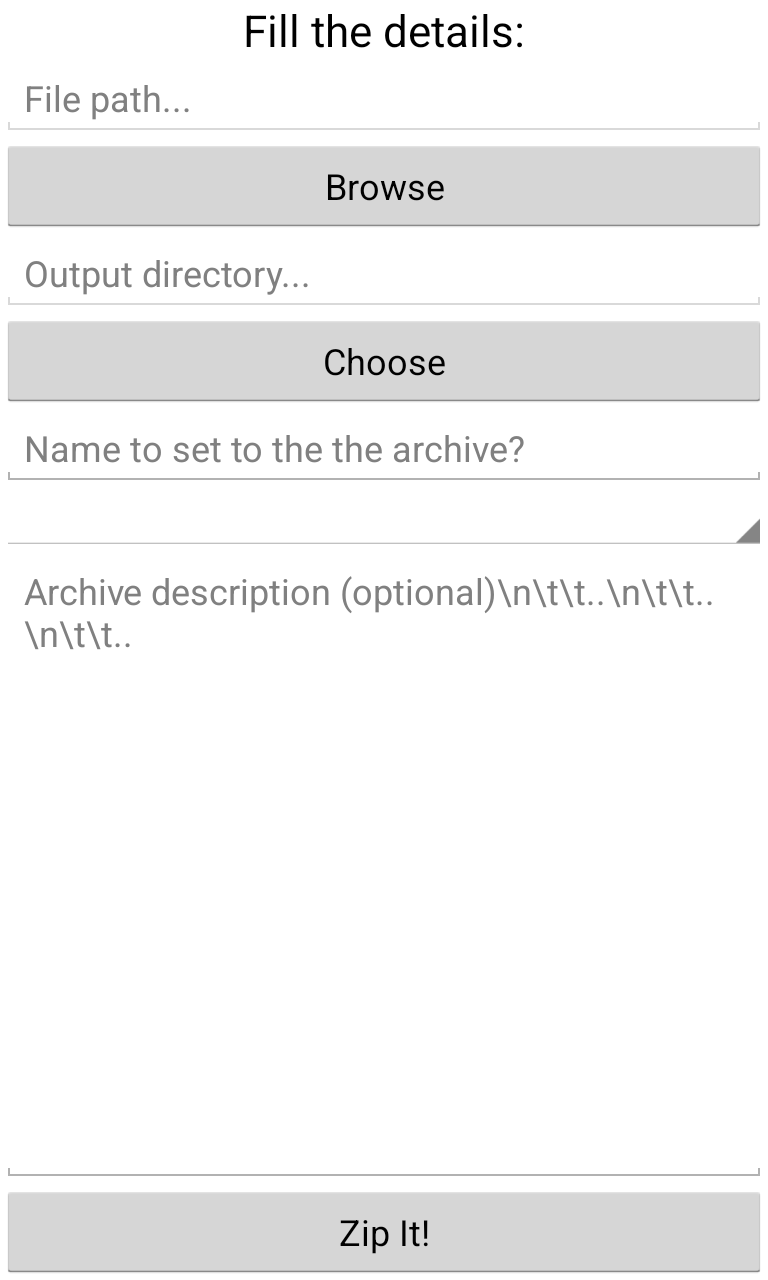
Repository: ya-ivanov/Android-Projects
Layout: Android Projects (OLD)/Zip It!/ZipIt/res/layout/activity_main.xml
The author's editor kept a copy of each file at every save. The layout is drawn from the files as they stood at one save, then again after the next save.
It is drawn on a 768 x 1280 px phone screen (xhdpi) without system bars, with theme AppTheme; the app's code is not run.

Above is the layout before, as saved 2013-12-12 18:35:32.

After the next save:
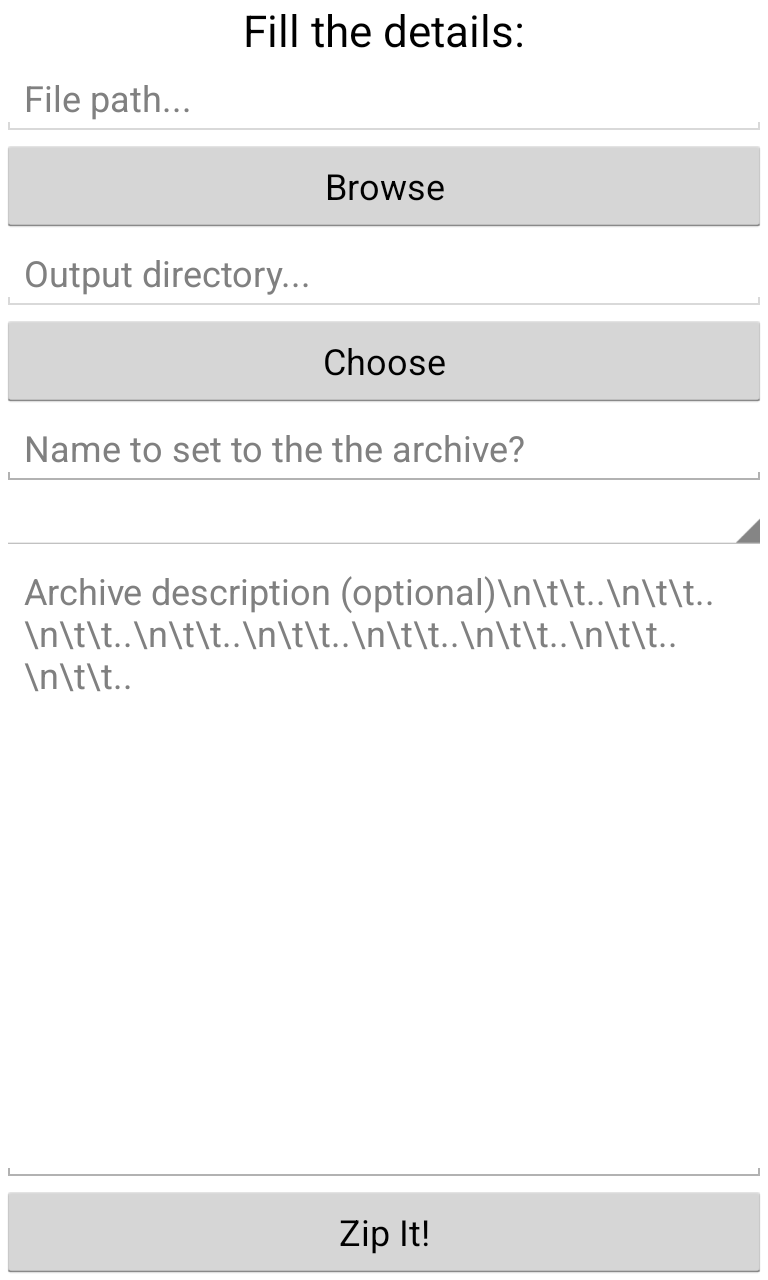
Saved 2 min 23 s later.
--- a/Android Projects (OLD)/Zip It!/ZipIt/res/layout/activity_main.xml
+++ b/Android Projects (OLD)/Zip It!/ZipIt/res/layout/activity_main.xml
@@ -67,7 +67,7 @@
         android:layout_height="wrap_content"
         android:layout_weight="1"
         android:ems="10"
-        android:hint="Archive description (optional)\n\t\t..\n\t\t..\n\t\t.."
+        android:hint="Archive description (optional)\n\t\t..\n\t\t..\n\t\t..\n\t\t..\n\t\t..\n\t\t..\n\t\t..\n\t\t..\n\t\t.."
         android:gravity="top" >
 
     </EditText>
